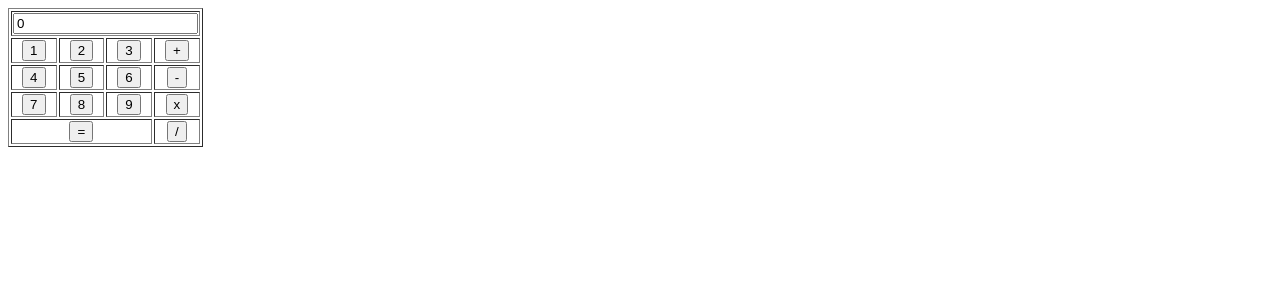
Repository: oUYUo/javaweb_and_javaBaseKnowLedge
Page: http://localhost/computer/
An editor plug-in stored every save of this project. The page is shown before and after the next save, followed by the edit.
The browser window is 1280 px wide. The pictures show the whole page.
The page is served by Tomcat 9.

Above is the page before, as saved 2018-02-27 09:05:42.

### computer/WebContent/index.jsp
<%@ page language="java" contentType="text/html; charset=UTF-8"
    pageEncoding="UTF-8"%>
<!DOCTYPE html PUBLIC "-//W3C//DTD HTML 4.01 Transitional//EN" "http://www.w3.org/TR/html4/loose.dtd">
<html>
<head>
<meta http-equiv="Content-Type" content="text/html; charset=UTF-8">
<title>Insert title here</title>
</head>
<body>

<form action="index.jsp" method="post">
<table border="1" >
  <tr>
  <td colspan="4"><input type="text" name="result" value="0"></td>

  <tr>
    <th><input type="button" name="1" value="1"></th>
    <th><input type="button" name="2" value="2"></th>
    <th><input type="button" name="3" value="3"></th>
 	<th><input type="button" name="+" value="+"></th>
  </tr>
  <tr>
   <th><input type="button" name="4" value="4"></th>
    <th><input type="button" name="5" value="5"></th>
    <th><input type="button" name="6" value="6"></th>
    <th><input type="button" name="-" value="-"></th>
  </tr>
   <tr>
      <th><input type="button" name="7" value="7"></th>
    <th><input type="button" name="8" value="8"></th>
    <th><input type="button" name="9" value="9"></th>
    <th><input type="button" name="x" value="x"></th>
  </tr>
  <tr>
  	<th colspan="3"><input type="button" name="=" value="="></th>
  	<th><input type="button" name="/" value="/"></th>
  </tr>
</table>
</form>
</body>
</html>

After the next save:
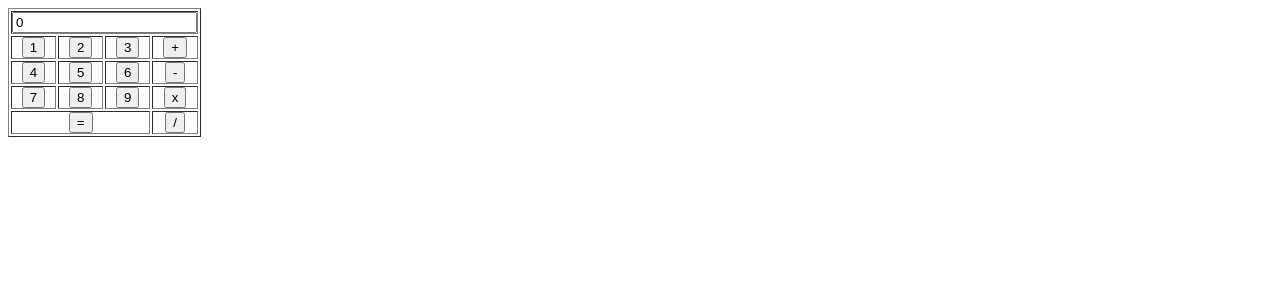
Saved 27 s later.
--- a/computer/WebContent/index.jsp
+++ b/computer/WebContent/index.jsp
@@ -9,7 +9,7 @@
 <body>
 
 <form action="index.jsp" method="post">
-<table border="1" >
+<table border="1" cellpadding="0">
   <tr>
   <td colspan="4"><input type="text" name="result" value="0"></td>
 
